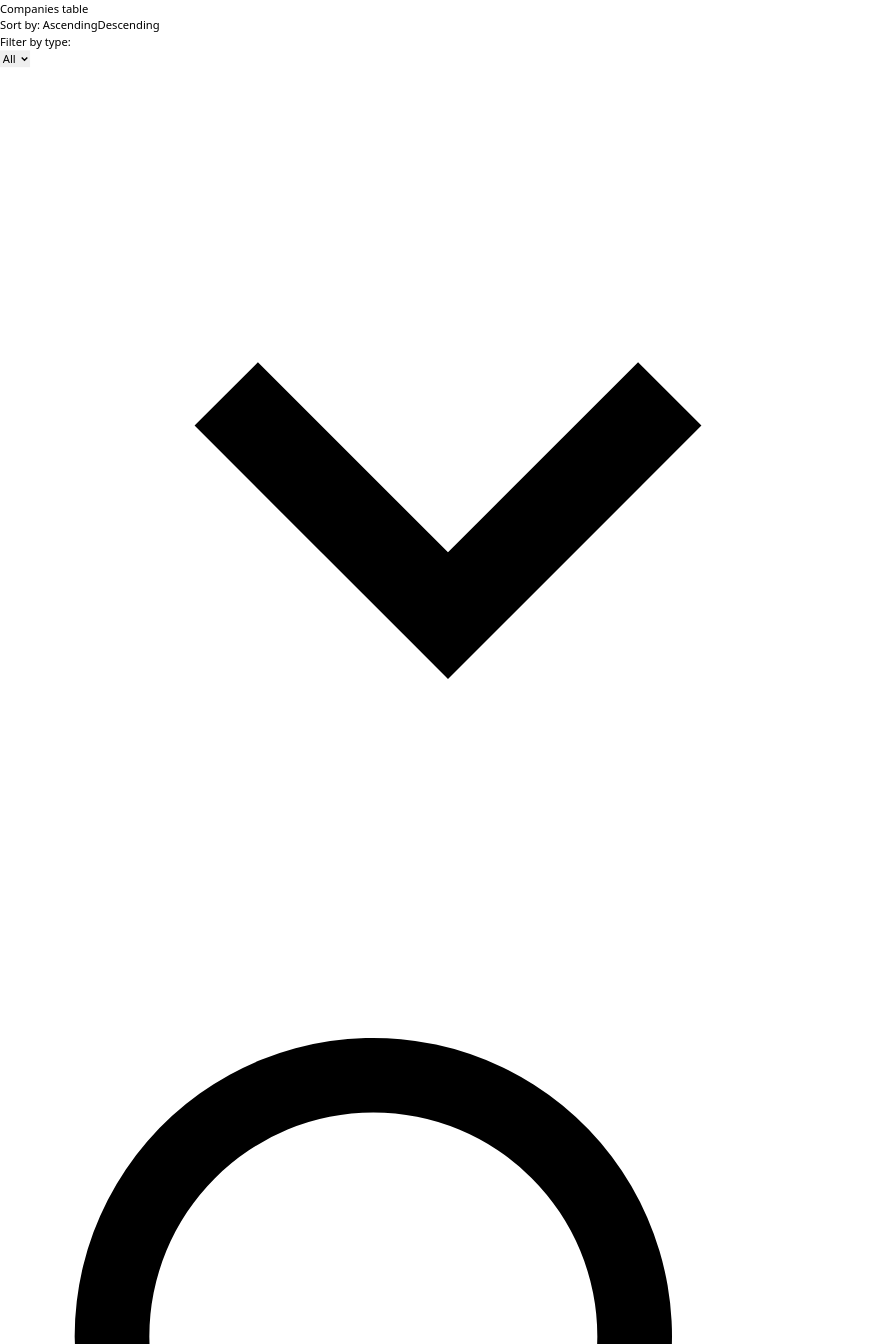
Repository: AlekJanevski/capcito
Page: /
These files come from the project's save history. The page is drawn as it stood at one moment and after the next save; the edit follows.
The browser window is 1280 px wide. The pictures show the part of the page from y = 0 to 1920 px (the page is 2706 px tall before and 2682 px after), at 70% of full size.
The page's requests for data from a server got no answer. The project was rebuilt for these pictures with package versions that can differ from the ones it lists, and the page was loaded fresh each time. No one was signed in, and anything a server would have sent is missing.

Above is the page before, as saved 2021-02-12 12:18:39.

After the next save:
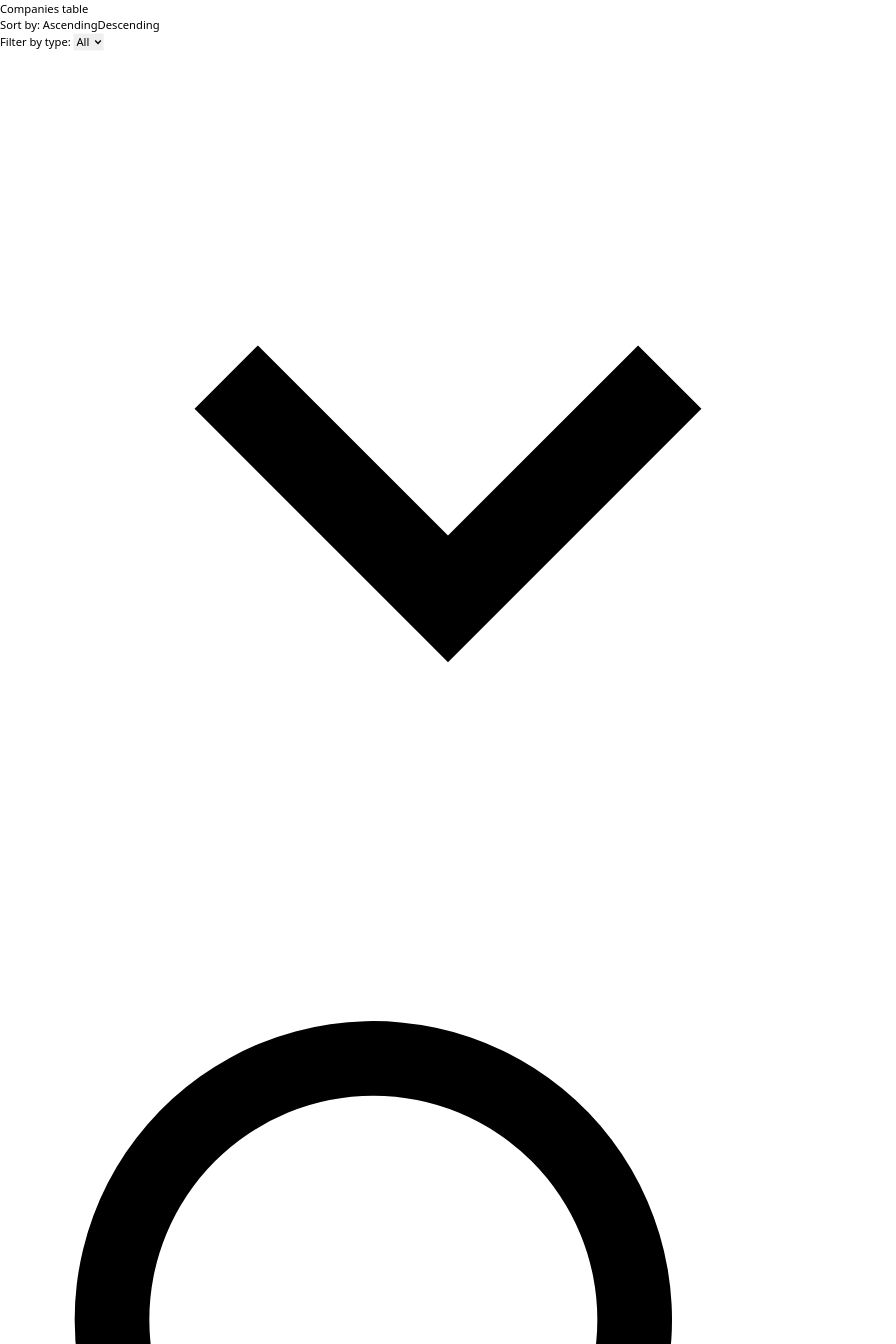
Saved 22 s later.
--- a/src/components/HelloWorld.vue
+++ b/src/components/HelloWorld.vue
@@ -31,8 +31,8 @@
 
 				<!-- Sorting filters wrapper starts -->
 				<div class="relative flex flex-row mb-1 sm:mb-0">
-					<span class="flex items-center justify-start mr-3"> Filter by type: </span>
 					<div class="relative mr-3">
+						<span class="flex items-center justify-start mr-3"> Filter by type: </span>
 						<select @change="handleFilterByType($event)"
 							class="block w-full h-full px-4 py-2 pr-8 leading-tight text-gray-700 bg-white border border-gray-400 rounded appearance-none sm:rounded-r-none focus:outline-none focus:border-l focus:border-r focus:bg-white focus:border-gray-500">
 							<option
@@ -50,7 +50,7 @@
 					</div>
 
 					<!-- Search field wrapper starts -->
-					<div class="relative block">
+					<div class="absolute r-0">
 						<span class="absolute inset-y-0 left-0 flex items-center h-full pl-2">
 							<svg viewBox="0 0 24 24" class="w-4 h-4 text-gray-500 fill-current">
 								<path d="M10 4a6 6 0 100 12 6 6 0 000-12zm-8 6a8 8 0 1114.32 4.906l5.387 5.387a1 1 0 01-1.414 1.414l-5.387-5.387A8 8 0 012 10z" />

After the save that followed:
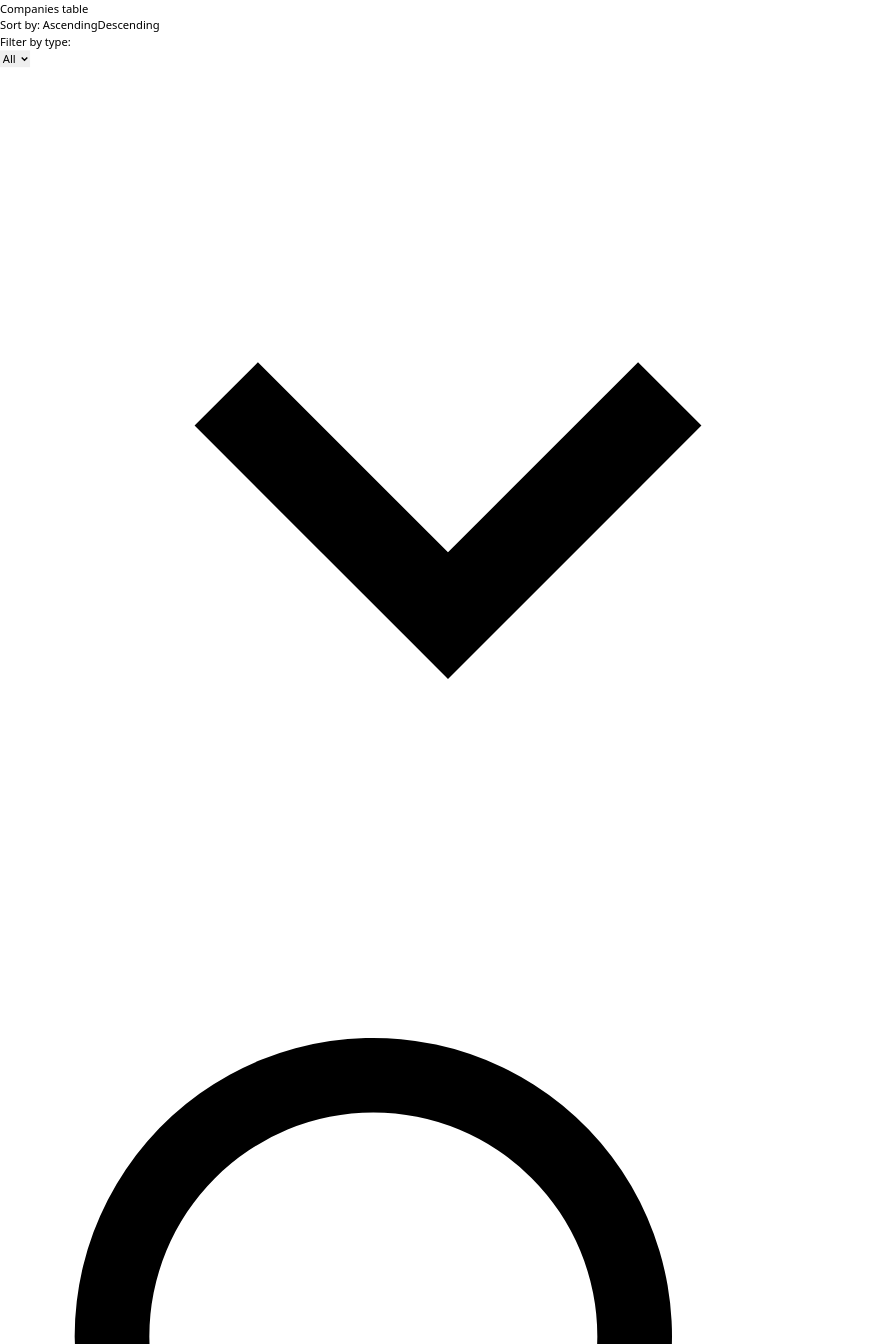
Saved 25 s later.
--- a/src/components/HelloWorld.vue
+++ b/src/components/HelloWorld.vue
@@ -31,8 +31,8 @@
 
 				<!-- Sorting filters wrapper starts -->
 				<div class="relative flex flex-row mb-1 sm:mb-0">
+					<span class="flex items-center justify-start mr-3"> Filter by type: </span>
 					<div class="relative mr-3">
-						<span class="flex items-center justify-start mr-3"> Filter by type: </span>
 						<select @change="handleFilterByType($event)"
 							class="block w-full h-full px-4 py-2 pr-8 leading-tight text-gray-700 bg-white border border-gray-400 rounded appearance-none sm:rounded-r-none focus:outline-none focus:border-l focus:border-r focus:bg-white focus:border-gray-500">
 							<option
